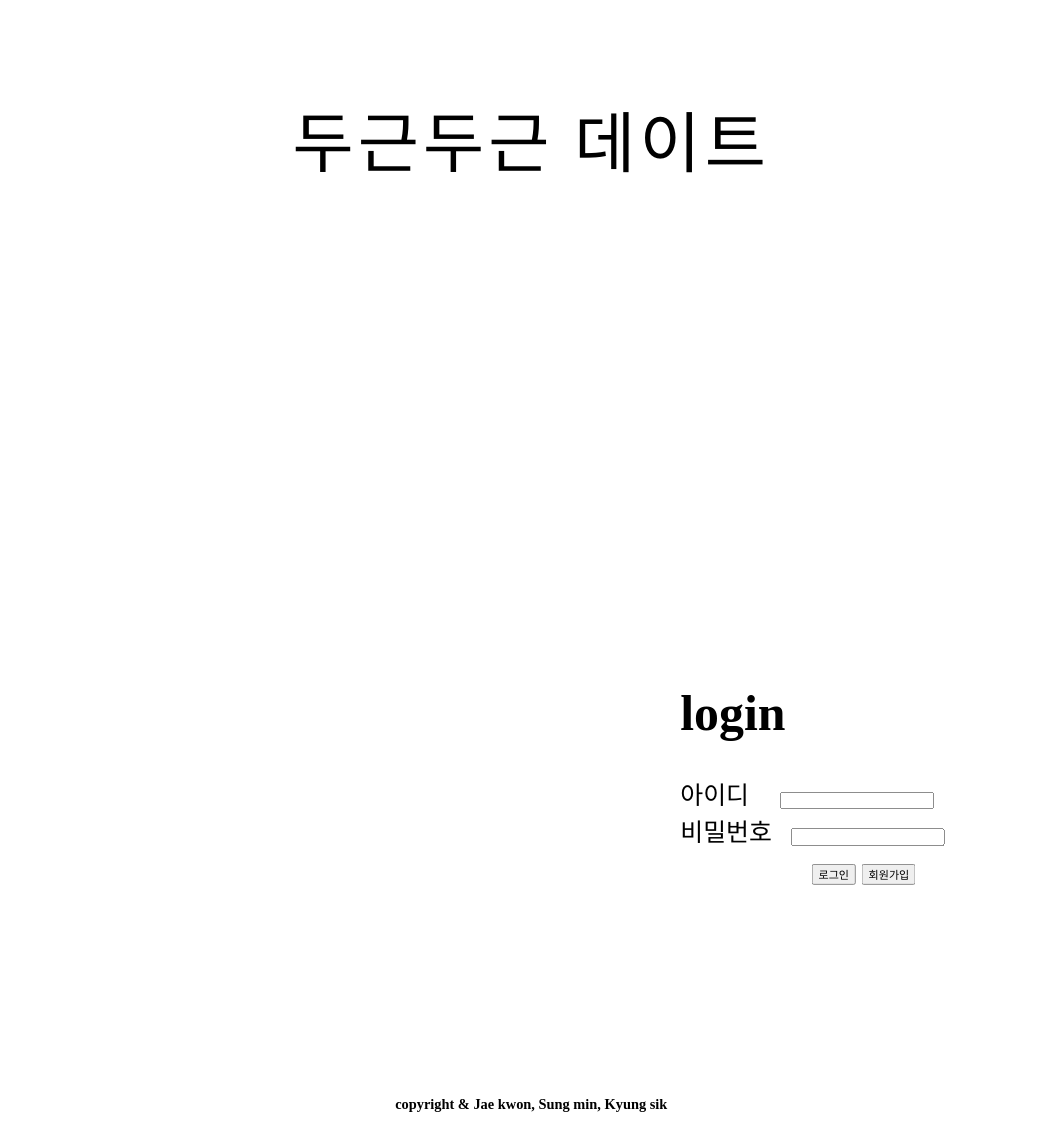
Repository: pinokio531/date_application
Page: http://localhost/doogeunDate/indexPage.jsp
These files come from the project's save history. The page is drawn as it stood at one moment and after the next save; the edit follows.
The browser window is 1280 px wide. The pictures show the whole page, at 83% of full size.
Some web fonts or font styles are not loaded; a fallback is used. The page is served by Tomcat 9.

Above is the page before, as saved 2019-06-04 09:56:40.

After the next save:
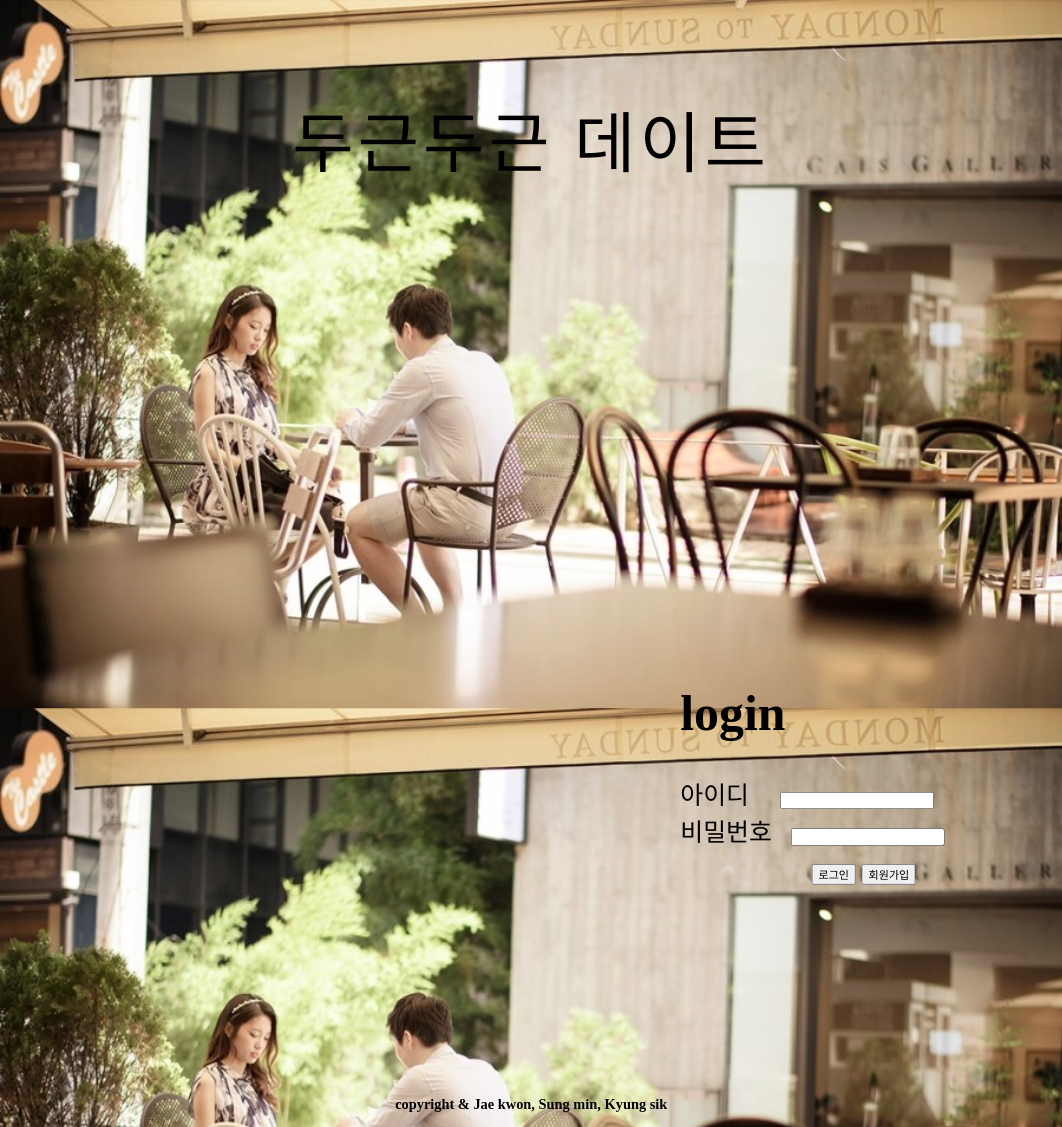
Saved 30 s later.
--- a/doogeunDate/WebContent/style/index.css
+++ b/doogeunDate/WebContent/style/index.css
@@ -1,5 +1,5 @@
 body{
-    background-img:url(../asset/background.jpg);
+    background-image:url(../asset/background.jpg);
     background-size: 100%;
 }
 
